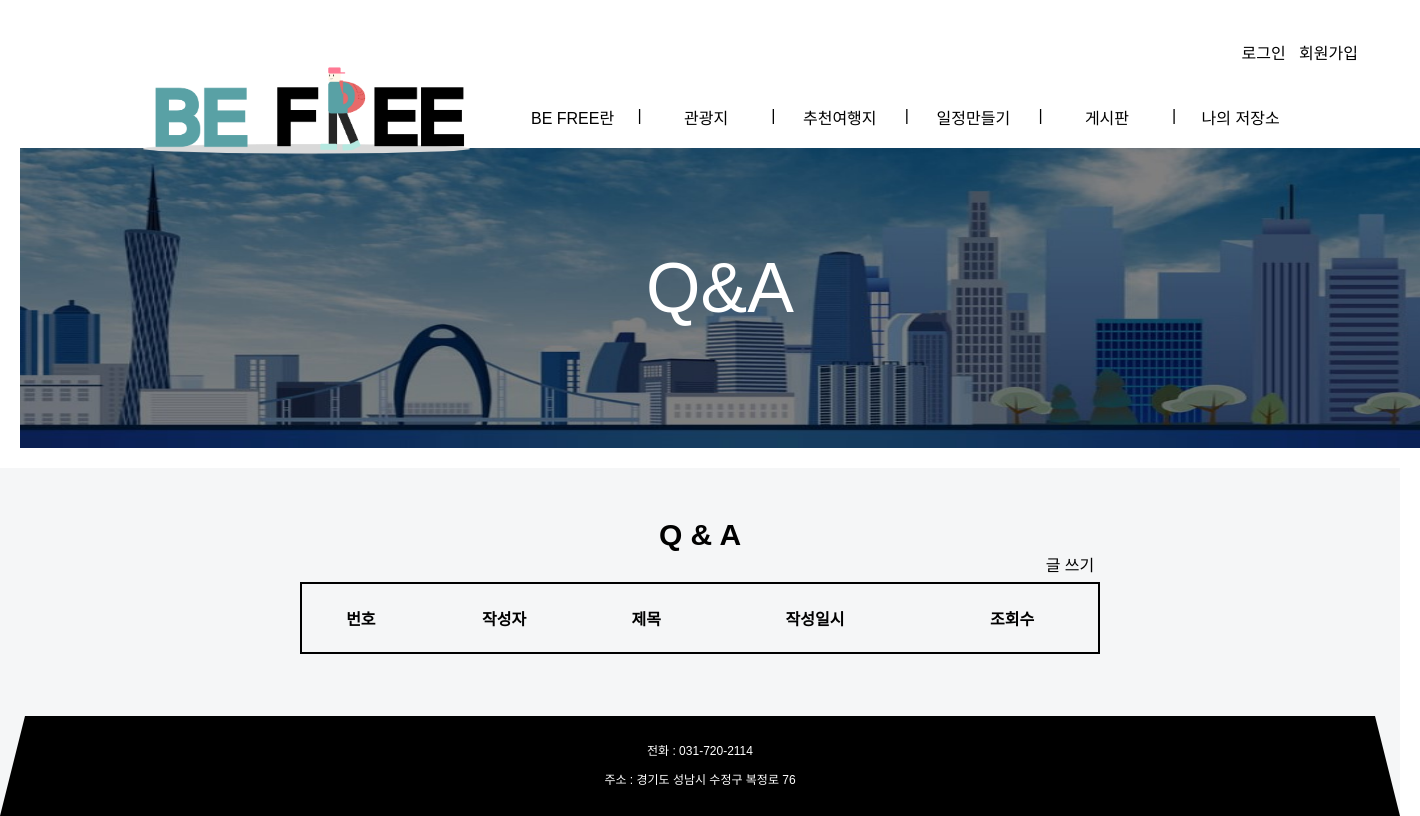
Repository: 1912087/Klavier_Piano
Page: http://localhost/notice/Q&A.jsp
The author's editor kept a copy of each file at every save. The page is drawn from the files as they stood at one save, then again after the next save.
The browser window is 1280 px wide. The page is 1420 px wide, so the pictures cover 1420 px, including what lies to the right of the window. The pictures show the whole page.
Backgrounds fixed to the window are drawn as part of the page. Some web fonts or font styles are not loaded; a fallback is used. The page is served by Tomcat 9. Queries for data that is not in the repository find no rows.

Above is the page before, as saved 2021-11-10 15:53:26.

After the next save:
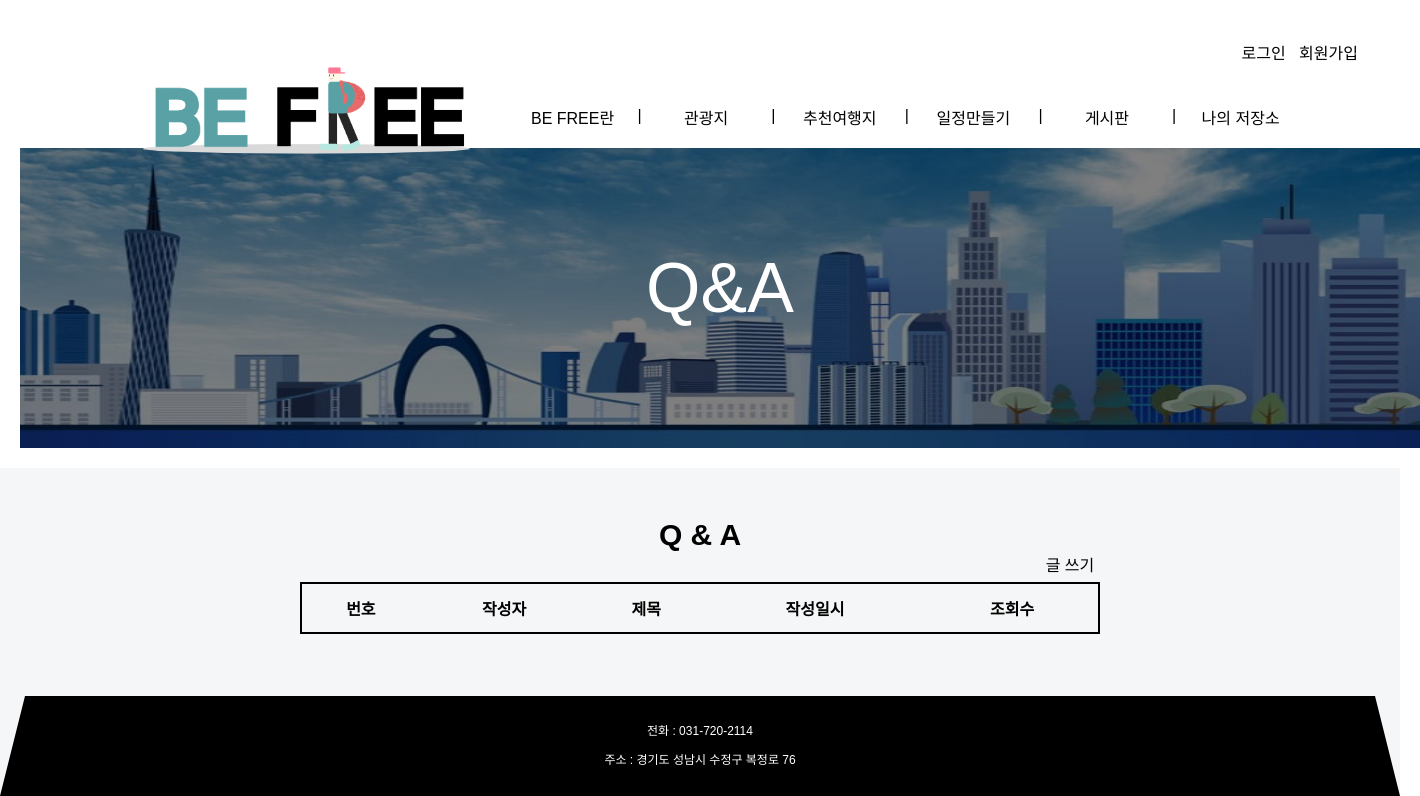
Saved 10 s later.
--- a/Notice/notice/WebContent/css/qa_design.css
+++ b/Notice/notice/WebContent/css/qa_design.css
@@ -323,7 +323,7 @@
                 text-align: center;
 
             }
-            tr{ height: 70px;}
+            tr{ height: 50px;}
             tr td{
                 height:15px;
                 border-bottom:1px solid black;
